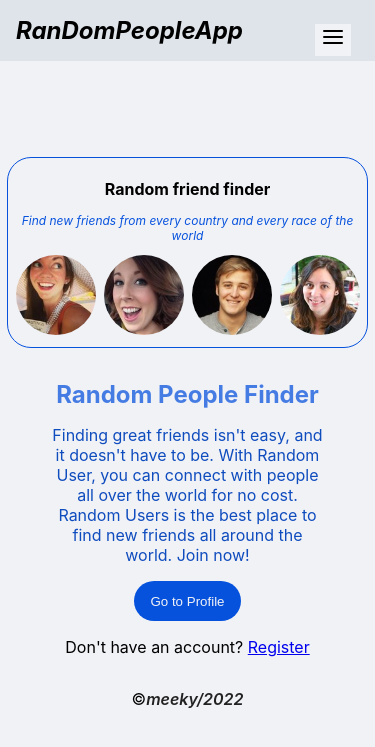
Repository: MikkyPrestige/RandomProfiles
Page: /
The author's editor kept a copy of each file at every save. The page is drawn from the files as they stood at one save, then again after the next save.
The browser window is 375 px wide. The pictures show the whole page.
The project was rebuilt for these pictures with package versions that can differ from the ones it lists, and the page was loaded fresh each time. Some packages were replaced by stand-ins written for this rebuild. Also part of the build but not shown: src/components/users.jsx, src/assets/styles/search.css, src/components/search.jsx, src/assets/styles/help.css, src/components/help.jsx, src/assets/styles/about.css, src/components/about.jsx, src/assets/styles/error.css and 9 more.

Above is the page before, as saved 2022-12-07 02:46:11.

After the next save:
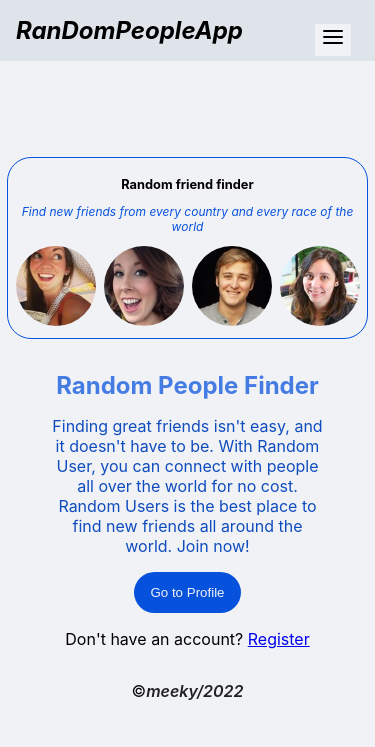
Saved 42 s later.
--- a/src/assets/styles/home.css
+++ b/src/assets/styles/home.css
@@ -106,7 +106,7 @@
   }
 
   .home__heading {
-    font-size: 1rem;
+    font-size: .8rem;
   }
 
   .home__text {

After the save that followed:
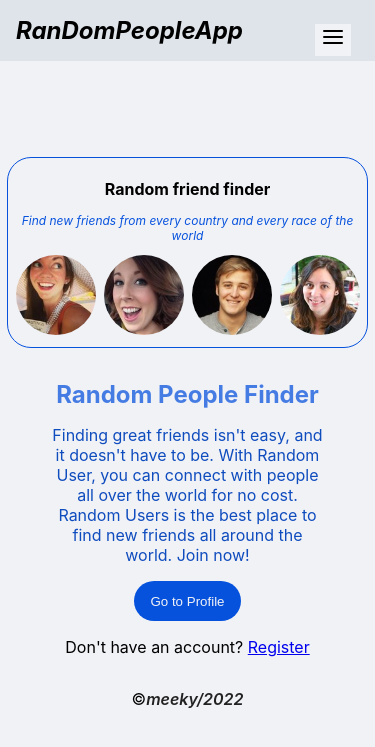
Saved 9 s later.
--- a/src/assets/styles/home.css
+++ b/src/assets/styles/home.css
@@ -106,7 +106,7 @@
   }
 
   .home__heading {
-    font-size: .8rem;
+    font-size: 1rem;
   }
 
   .home__text {
